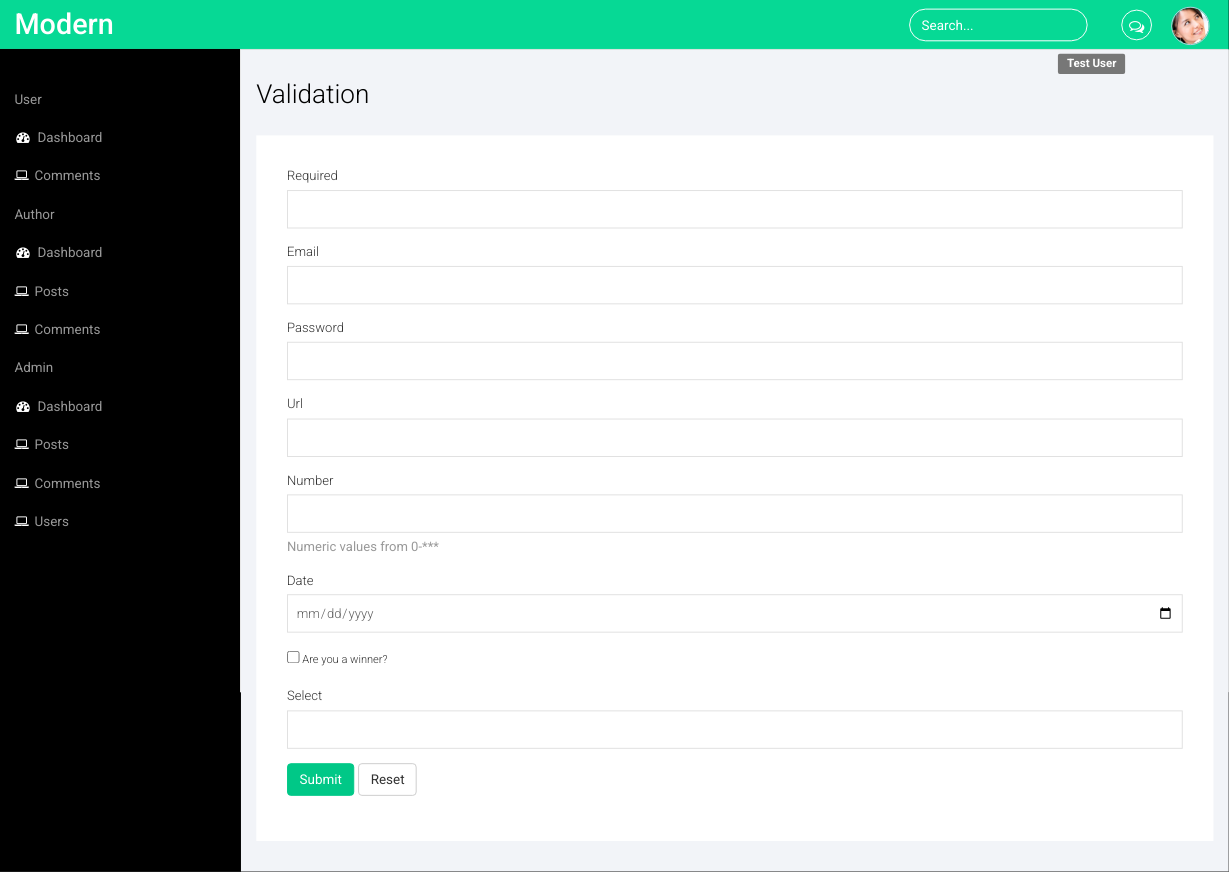
Repository: NomanMustafa/laravel-blog
Page: http://localhost/user/profile
The author's editor kept a copy of each file at every save. The page is drawn from the files as they stood at one save, then again after the next save.
The browser window is 1280 px wide. The pictures show the whole page, at 96% of full size.
The page is served by the project's Laravel application, run on PHP 8.4 with Laravel 8. A made-up administrator, Test User (test@example.com), is signed in.

Above is the page before, as saved 2020-07-06 00:43:42.
Console error (its wording comes from the project's code and is left out).

After the next save:
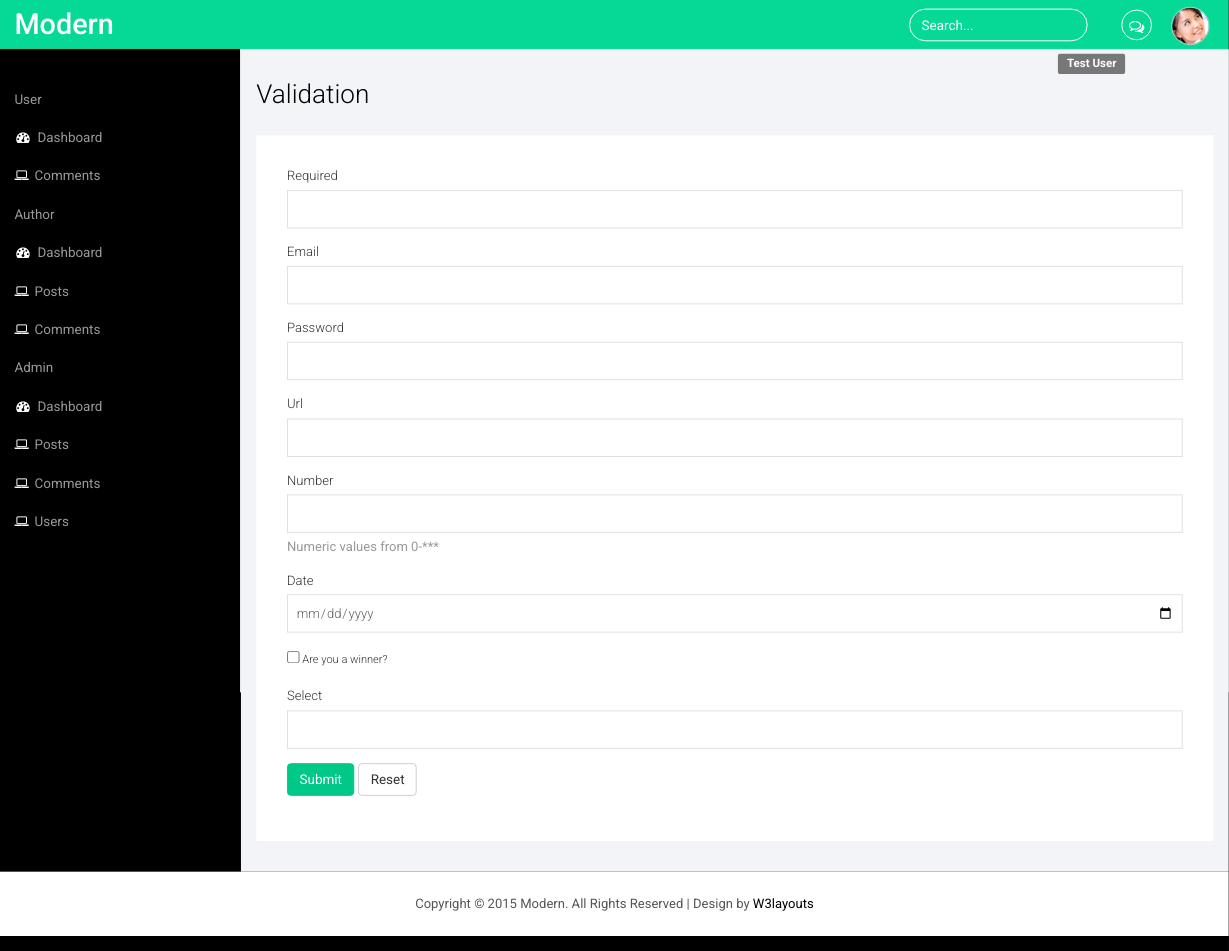
Saved 116 s later.
--- a/resources/views/layouts/admin.blade.php
+++ b/resources/views/layouts/admin.blade.php
@@ -119,139 +119,16 @@ var detail = new Rickshaw.Graph.HoverDetail({
        </div>
        <div class="clearfix"> </div>
     </div>
-    {{-- <div class="content_bottom">
-     <div class="col-md-8 span_3">
-		  <div class="bs-example1" data-example-id="contextual-table">
-		    <table class="table">
-		      <thead>
-		        <tr>
-		          <th>#</th>
-		          <th>Column heading</th>
-		          <th>Column heading</th>
-		          <th>Column heading</th>
-		        </tr>
-		      </thead>
-		      <tbody>
-		        <tr class="active">
-		          <th scope="row">1</th>
-		          <td>Column content</td>
-		          <td>Column content</td>
-		          <td>Column content</td>
-		        </tr>
-		        <tr>
-		          <th scope="row">2</th>
-		          <td>Column content</td>
-		          <td>Column content</td>
-		          <td>Column content</td>
-		        </tr>
-		        <tr class="success">
-		          <th scope="row">3</th>
-		          <td>Column content</td>
-		          <td>Column content</td>
-		          <td>Column content</td>
-		        </tr>
-		        <tr>
-		          <th scope="row">4</th>
-		          <td>Column content</td>
-		          <td>Column content</td>
-		          <td>Column content</td>
-		        </tr>
-		        <tr class="info">
-		          <th scope="row">5</th>
-		          <td>Column content</td>
-		          <td>Column content</td>
-		          <td>Column content</td>
-		        </tr>
-		        <tr>
-		          <th scope="row">6</th>
-		          <td>Column content</td>
-		          <td>Column content</td>
-		          <td>Column content</td>
-		        </tr>
-		        <tr class="warning">
-		          <th scope="row">7</th>
-		          <td>Column content</td>
-		          <td>Column content</td>
-		          <td>Column content</td>
-		        </tr>
-		        <tr>
-		          <th scope="row">8</th>
-		          <td>Column content</td>
-		          <td>Column content</td>
-		          <td>Column content</td>
-		        </tr>
-		        <tr class="danger">
-		          <th scope="row">9</th>
-		          <td>Column content</td>
-		          <td>Column content</td>
-		          <td>Column content</td>
-		        </tr>
-		      </tbody>
-		    </table>
-		   </div>
-	   </div>
-	   <div class="col-md-4 span_4">
-		 <div class="col_2">
-		  <div class="box_1">
-		   <div class="col-md-6 col_1_of_2 span_1_of_2">
-             <a class="tiles_info">
-			    <div class="tiles-head red1">
-			        <div class="text-center">Orders</div>
-			    </div>
-			    <div class="tiles-body red">10</div>
-			 </a>
-		   </div>
-		   <div class="col-md-6 col_1_of_2 span_1_of_2">
-              <a class="tiles_info tiles_blue">
-			    <div class="tiles-head tiles_blue1">
-			        <div class="text-center">Sales</div>
-			    </div>
-			    <div class="tiles-body blue1">30</div>
-			  </a>
-		   </div>
-		   <div class="clearfix"> </div>
-		 </div>
-		 <div class="box_1">
-		   <div class="col-md-6 col_1_of_2 span_1_of_2">
-             <a class="tiles_info">
-			    <div class="tiles-head fb1">
-			        <div class="text-center">Facebook</div>
-			    </div>
-			    <div class="tiles-body fb2">10</div>
-			 </a>
-		   </div>
-		   <div class="col-md-6 col_1_of_2 span_1_of_2">
-              <a class="tiles_info tiles_blue">
-			    <div class="tiles-head tw1">
-			        <div class="text-center">Twitter</div>
-			    </div>
-			    <div class="tiles-body tw2">30</div>
-			  </a>
-		   </div>
-		   <div class="clearfix"> </div>
-		   </div>
-		  </div>
-		  <div class="cloud">
-			<div class="grid-date">
-				<div class="date">
-					<p class="date-in">New York</p>
-					<span class="date-on">°F °C </span>
-					<div class="clearfix"> </div>
-				</div>
-				<h4>30°<i class="fa fa-cloud-upload"> </i></h4>
-			</div>
-			<p class="monday">Monday 10 July</p>
-		  </div>
-		</div>
-		<div class="clearfix"> </div>
-	    </div>
+    <div class="content_bottom">
+
+
+
 		<div class="copy">
             <p>Copyright &copy; 2015 Modern. All Rights Reserved | Design by <a href="http://w3layouts.com/" target="_blank">W3layouts</a> </p>
 	    </div>
-		</div>
-       </div>
+
       <!-- /#page-wrapper -->
-   </div> --}}
+   </div>
     <!-- /#wrapper -->
     <!-- Bootstrap Core JavaScript -->
     <script src="{{ asset('admin/assets/js/bootstrap.min.js') }}"></script>
